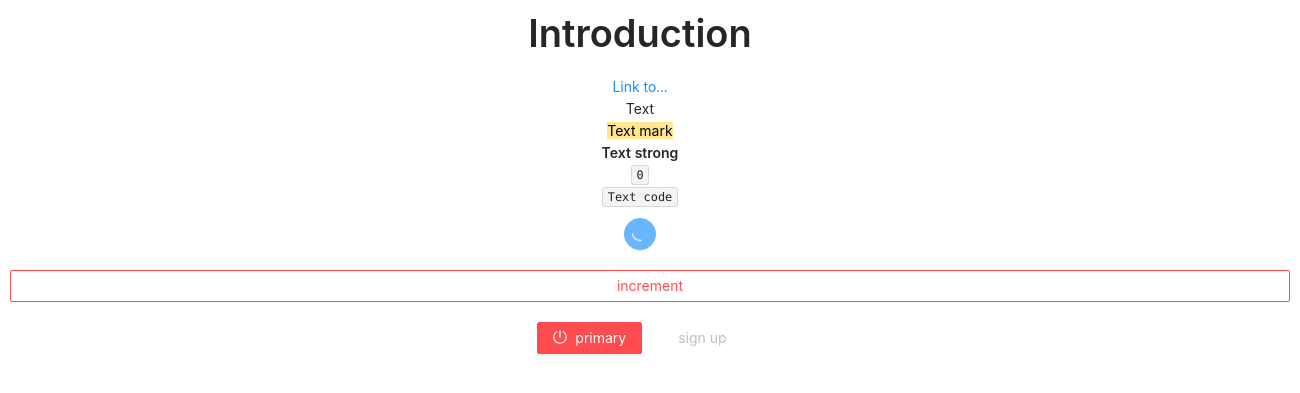
Repository: ErosHai/antd-demo
Page: /
The author's editor kept a copy of each file at every save. The page is drawn from the files as they stood at one save, then again after a run of saves.
The browser window is 1280 px wide. The page is 1300 px wide, so the pictures cover 1300 px, including what lies to the right of the window. The pictures show the whole page.
The project was rebuilt for these pictures with package versions that can differ from the ones it lists, and the page was loaded fresh each time.

Above is the page before, as saved 2022-04-12 15:24:04.

### src/index.js
import React from 'react'
import { createRoot } from 'react-dom/client'
import './index.css'
import App from './App'
import reportWebVitals from './reportWebVitals'

const root = createRoot(document.getElementById('root'))
root.render(<App />)

// If you want to start measuring performance in your app, pass a function
// to log results (for example: reportWebVitals(console.log))
// or send to an analytics endpoint. Learn more: https://bit.ly/CRA-vitals
reportWebVitals()

### src/App.js
import './App.css'
import { Button, Tooltip, Typography } from 'antd'
import { SearchOutlined } from '@ant-design/icons'
import { useState } from 'react'
import { PoweroffOutlined } from '@ant-design/icons'

function App() {
	const [count, setCount] = useState(0)

	const { Title, Link, Text } = Typography

	return (
		<div className="App">
			<Title>Introduction</Title>
			<Link href="https://www.baidu.com">Link to...</Link>
			<Text>Text</Text>
			<Text mark>Text mark</Text>
			<Text strong>Text strong</Text>
			<Text code> {`${count}`} </Text>
			<Text code>Text code</Text>

			<Tooltip title="search">
				<Button
					type="primary"
					shape="circle"
					loading="true"
					icon={<SearchOutlined />}
				></Button>
			</Tooltip>
			<Button
				type="default"
				onClick={() => {
					setCount(count + 1)
				}}
				block
				ghost
				danger
			>
				increment
			</Button>
			<Button type="primary" danger icon={<PoweroffOutlined />}>
				primary
			</Button>
			<Button type="text" disabled>
				sign up
			</Button>
		</div>
	)
}

export default App

### src/App.css
@import '~antd/dist/antd.css';

.App {
  text-align: center;
  /* background-color: #282c34; */
  padding:10px 0px;

}
.App .ant-typography{
  display:block;
}
.App button {
  margin:  10px;
}
.App-logo {
  height: 40vmin;
  pointer-events: none;
}

@media (prefers-reduced-motion: no-preference) {
  .App-logo {
    animation: App-logo-spin infinite 20s linear;
  }
}

.App-header {
  background-color: #282c34;
  min-height: 100vh;
  display: flex;
  flex-direction: column;
  align-items: center;
  justify-content: center;
  font-size: calc(10px + 2vmin);
  color: white;
}

.App-link {
  color: #61dafb;
}

@keyframes App-logo-spin {
  from {
    transform: rotate(0deg);
  }
  to {
    transform: rotate(360deg);
  }
}

Loaded but not shown: public/index.html (common file); src/index.css (common file); src/reportWebVitals.js (common file)

After the next 2 saves:
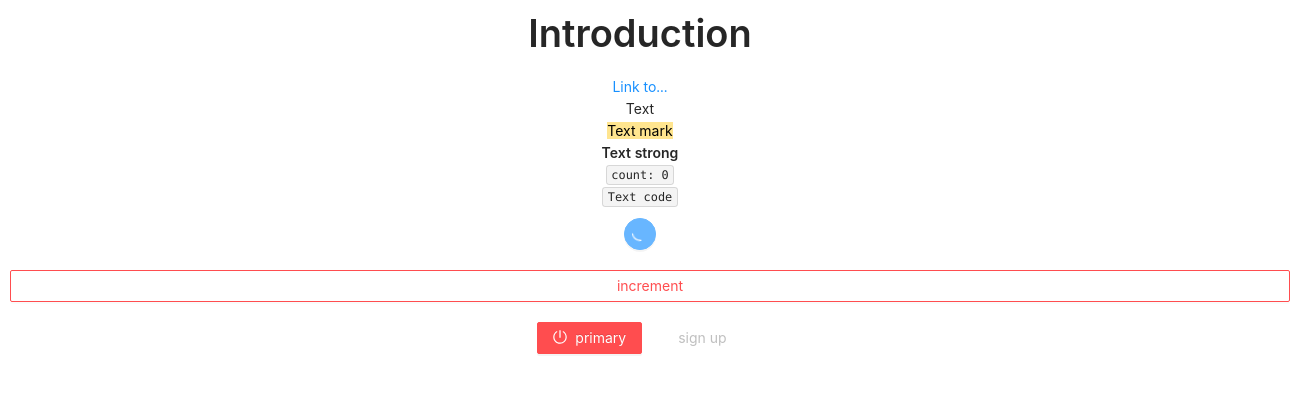
The 2 saves are shown as one change because they came seconds apart.
The last was saved 9 s later.
--- a/src/App.js
+++ b/src/App.js
@@ -16,7 +16,7 @@ function App() {
 			<Text>Text</Text>
 			<Text mark>Text mark</Text>
 			<Text strong>Text strong</Text>
-			<Text code> {`${count}`} </Text>
+			<Text code> {`count: ${count}`} </Text>
 			<Text code>Text code</Text>
 
 			<Tooltip title="search">
